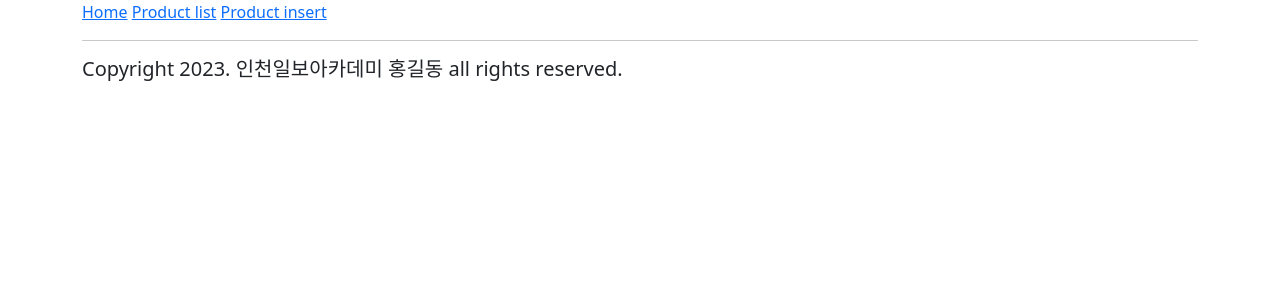
Repository: gwangso/web
Page: http://localhost/ex02/
The author's editor kept a copy of each file at every save. The page is drawn from the files as they stood at one save, then again after the next save.
The browser window is 1280 px wide. The pictures show the whole page.
The page is served by Tomcat 9. Other server files are loaded and not shown.

Above is the page before, as saved 2023-07-25 00:31:38.

### ex02/src/main/webapp/home.jsp
<%@ page language="java" contentType="text/html; charset=UTF-8"
    pageEncoding="UTF-8"%>
<!DOCTYPE html>
<html>
<head>
	<meta charset="UTF-8">
	<title>상품관리프로그램</title>

	<!-- 부트스트랩 -->
	<!-- CSS only -->
	<link href="https://cdn.jsdelivr.net/npm/bootstrap@5.2.3/dist/css/bootstrap.min.css" rel="stylesheet" integrity="sha384-rbsA2VBKQhggwzxH7pPCaAqO46MgnOM80zW1RWuH61DGLwZJEdK2Kadq2F9CUG65" crossorigin="anonymous">
	<!-- JavaScript Bundle with Popper -->
	<script src="https://cdn.jsdelivr.net/npm/bootstrap@5.2.3/dist/js/bootstrap.bundle.min.js" integrity="sha384-kenU1KFdBIe4zVF0s0G1M5b4hcpxyD9F7jL+jjXkk+Q2h455rYXK/7HAuoJl+0I4" crossorigin="anonymous"></script>

</head>
<body>
	<div class="container">
		<div class="row">
			<div class="col">
				<jsp:include page="header.jsp"></jsp:include>
				<hr>
				<jsp:include page="footer.jsp"/>
			</div>
		</div>
	</div>
</body>
</html>

### ex02/src/main/webapp/header.jsp
<%@ page language="java" contentType="text/html; charset=UTF-8"
    pageEncoding="UTF-8"%>

<div class="row">
	<div class="col">
		<a href="/">Home</a>
		<a href="/pro/list">Product list</a>
		<a href="/pro/insert">Product insert</a>
	</div>
</div>

### ex02/src/main/webapp/footer.jsp
<%@ page language="java" contentType="text/html; charset=UTF-8"
    pageEncoding="UTF-8"%>

<div class="row">
	<div class="col">
		<h5>Copyright 2023. 인천일보아카데미 홍길동 all rights reserved.</h5><!-- 저작권 표기법 -->
	</div>
</div>

### ex02/src/main/java/controller/HomeController.java
package controller;

import java.io.IOException;

import javax.servlet.RequestDispatcher;
import javax.servlet.ServletException;
import javax.servlet.annotation.WebServlet;
import javax.servlet.http.HttpServlet;
import javax.servlet.http.HttpServletRequest;
import javax.servlet.http.HttpServletResponse;

@WebServlet("/")
public class HomeController extends HttpServlet {
	private static final long serialVersionUID = 1L;

    public HomeController() {
        super();
    }

	protected void doGet(HttpServletRequest request, HttpServletResponse response) throws ServletException, IOException {
		request.setAttribute("pageName", "/about.jsp");
		RequestDispatcher dis = request.getRequestDispatcher("/home.jsp");
		dis.forward(request, response);
	}

	protected void doPost(HttpServletRequest request, HttpServletResponse response) throws ServletException, IOException {
	}
}

After the next save:
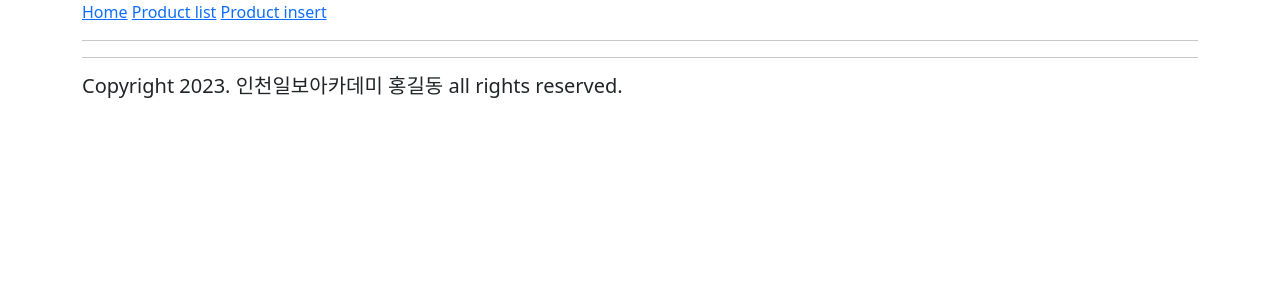
Saved 84 s later.
--- a/ex02/src/main/webapp/home.jsp
+++ b/ex02/src/main/webapp/home.jsp
@@ -19,6 +19,8 @@
 			<div class="col">
 				<jsp:include page="header.jsp"></jsp:include>
 				<hr>
+				<jsp.include page="${pageName}">
+				<hr>
 				<jsp:include page="footer.jsp"/>
 			</div>
 		</div>
